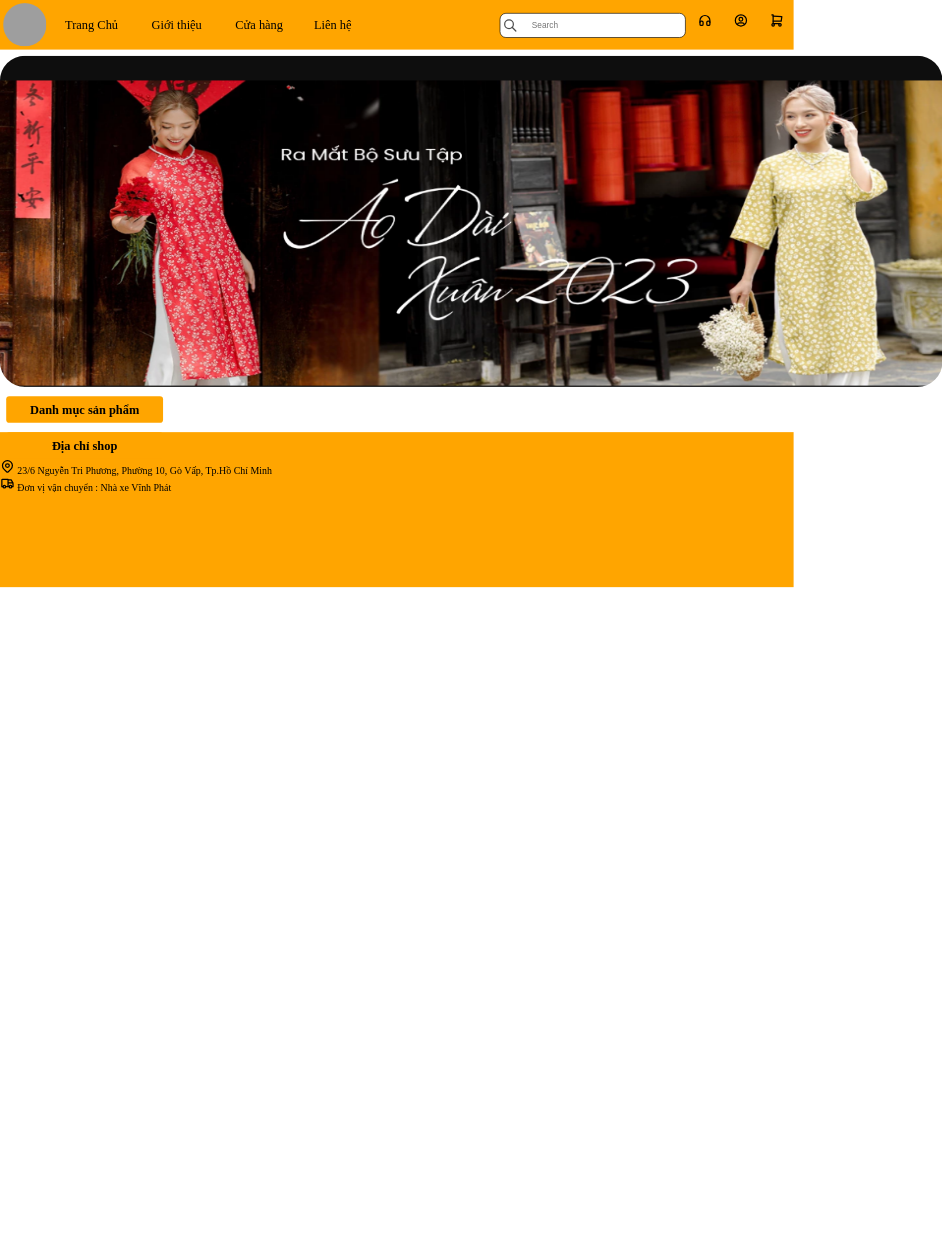
Repository: manhhieu120499/test-page
Page: index.html
The author's editor kept a copy of each file at every save. The page is drawn from the files as they stood at one save, then again after the next save.
The browser window is 1280 px wide. The page is 1520 px wide, so the pictures cover 1520 px, including what lies to the right of the window. The pictures show the whole page, at 62% of full size.
Pictures or frames that could not be fetched are drawn as grey boxes.

Above is the page before, as saved 2023-01-12 00:19:05.

After the next save:
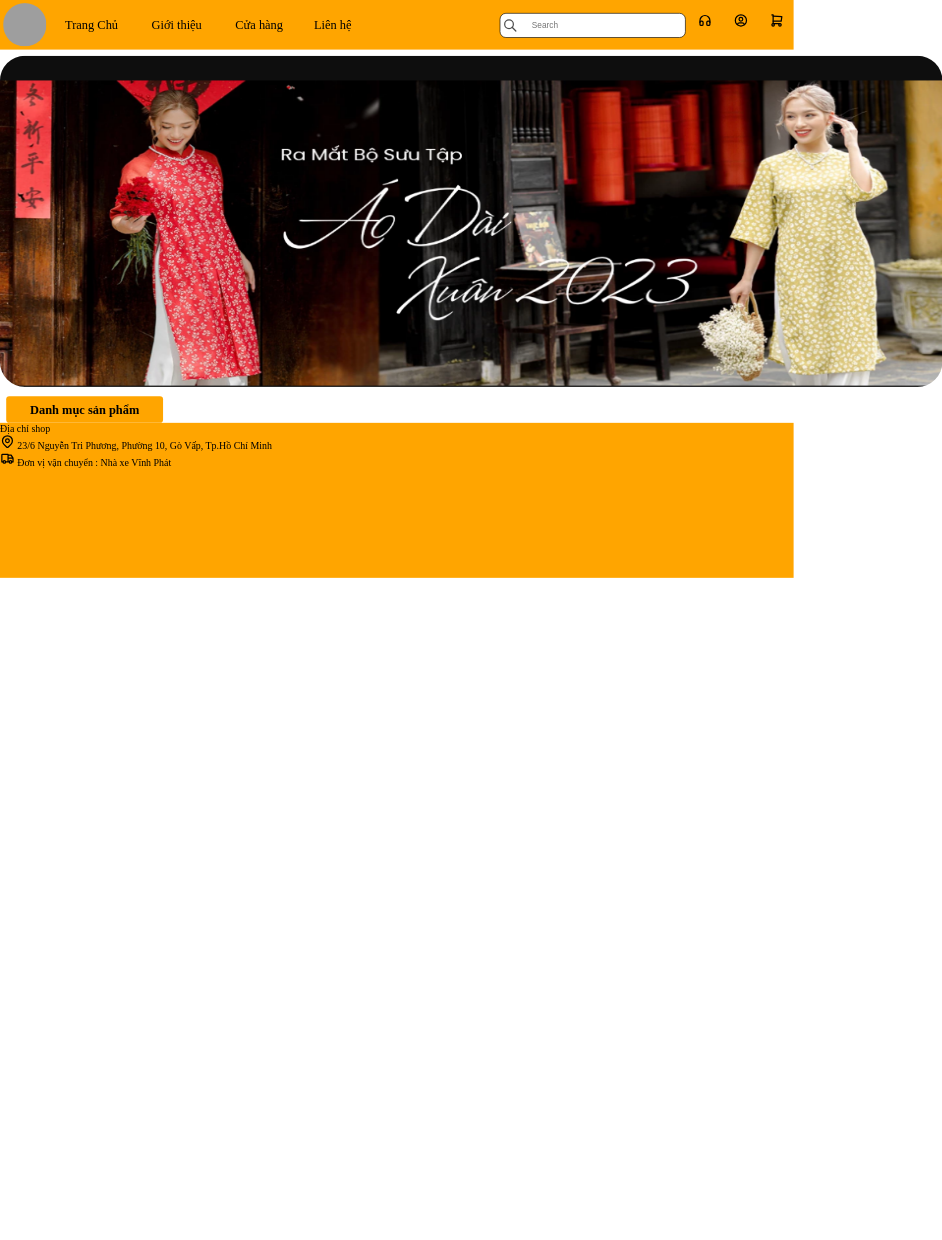
Saved 6 s later.
--- a/style.css
+++ b/style.css
@@ -71,7 +71,7 @@ body {
     border-radius: 40px;
 }
 
-span {
+.title {
     text-align: center;
     width: 253px;
     padding: 10px 0;
